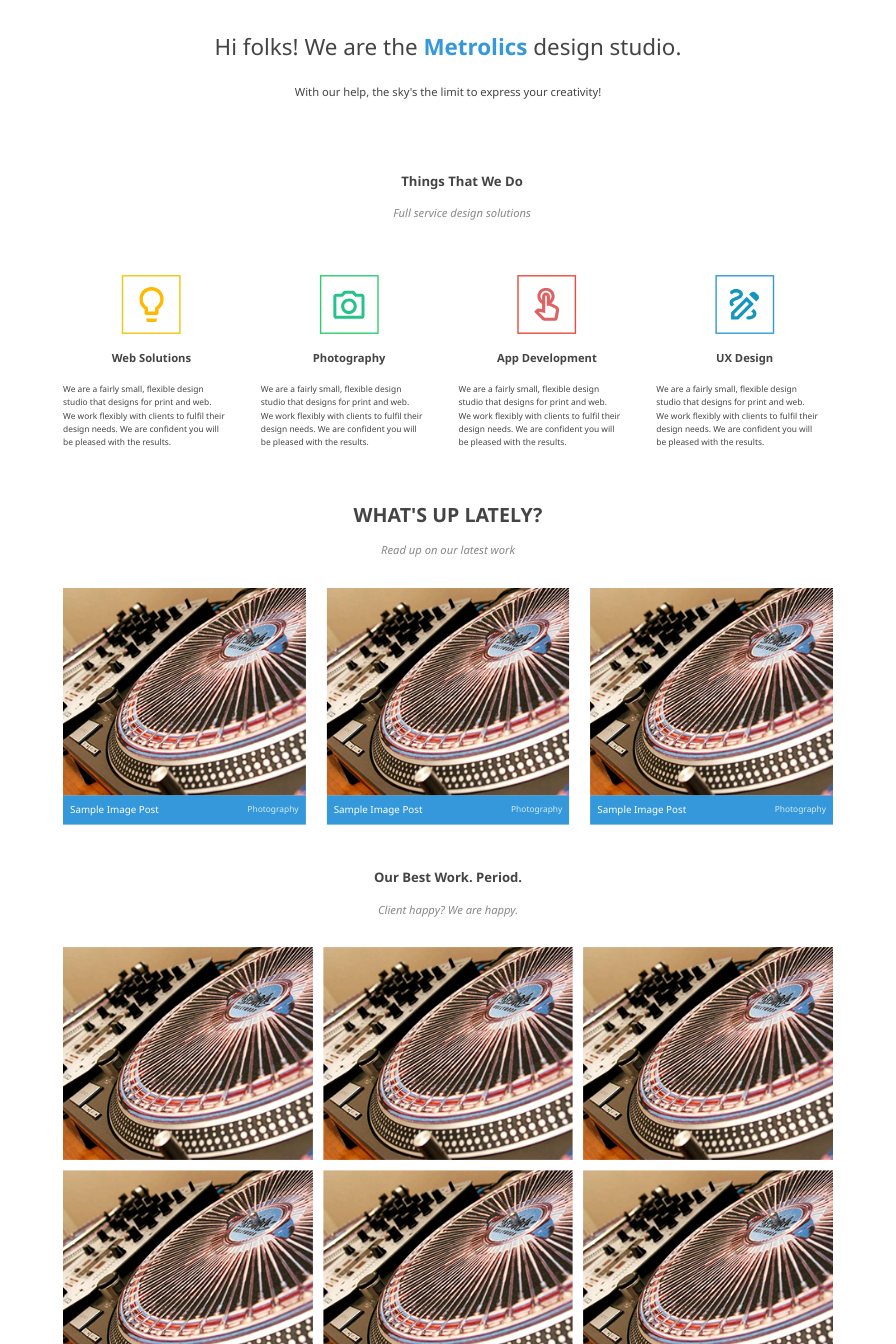
Repository: DavidYoo5/Project-1-Lab-2B-Assignment
Page: Project-1-Lab-2B-Assignment/index.html
The author's editor kept a copy of each file at every save. The page is drawn from the files as they stood at one save, then again after the next save.
The browser window is 1280 px wide. The pictures show the part of the page from y = 720 to 2640 px (the page is 3846 px tall before and 3862 px after), at 70% of full size.

Above is the page before, as saved 2026-01-28 16:46:15.

### Project-1-Lab-2B-Assignment/index.html
<!doctype html>
<html lang="en">
  <head>
    <meta charset="utf-8" />
    <meta name="viewport" content="width=device-width, initial-scale=1" />
    <title>Metrolics</title>
    <!-- <link rel="stylesheet" href="css/style.css"> -->
    <meta name="description" content="website for lab 2" />
    <link rel="stylesheet" href="style.css" />

    <!-- <meta property="og:title" content="">
  <meta property="og:type" content="">
  <meta property="og:url" content="">
  <meta property="og:image" content="">
  <meta property="og:image:alt" content="">

  <link rel="icon" href="/favicon.ico" sizes="any">
  <link rel="icon" href="/icon.svg" type="image/svg+xml">
  <link rel="apple-touch-icon" href="icon.png">
   <script src="js/app.js"></script>


  <link rel="manifest" href="site.webmanifest"> -->
    <meta name="theme-color" content="#fafafa" />
  </head>

  <body>
    <header class="site-header">
      <div class="header-container">
        <div class="logoAndHeading">
          <h1>Metrolics</h1>
          <div class="logo-vectors">
            <svg
              id="Layer_2"
              data-name="Layer 2"
              xmlns="http://www.w3.org/2000/svg"
              viewBox="0 0 111.31 111.31"
            >
              <defs>
                <style>
                  .cls-1 {
                    fill: #1691bd;
                  }

                  .cls-1,
                  .cls-2,
                  .cls-3,
                  .cls-4 {
                    fill-rule: evenodd;
                  }

                  .cls-2 {
                    fill: #25c389;
                  }

                  .cls-3 {
                    fill: #de6262;
                  }

                  .cls-4 {
                    fill: #ffb901;
                  }
                </style>
              </defs>
              <g id="Layer_1-2" data-name="Layer 1">
                <path class="cls-4" d="M74.21,0h37.1v37.1h-37.1V0Z" />
                <path class="cls-2" d="M0,0h37.1v37.1H0V0Z" />
                <path class="cls-1" d="M37.1,37.1h37.1v37.1h-37.1v-37.1Z" />
                <path class="cls-4" d="M0,74.21h37.1v37.1H0v-37.1Z" />
                <path class="cls-3" d="M74.21,74.21h37.1v37.1h-37.1v-37.1Z" />
              </g>
            </svg>
          </div>
        </div>
        <div class="main-nav-container">
          <nav class="main-nav">
            <a href="#" class="nav-home">Home ></a>
            <a href="#" class="nav-portfolio">Portfolio ></a>
            <a href="#" class="nav-blog">Blog ></a>
            <a href="#" class="nav-quo">Quo Vadis? ></a>
            <a href="#" class="nav-chat">Let's Chat ></a>
          </nav>
        </div>
      </div>
    </header>

    <section class="hero">
      <div class="hero-content">
        <h1 class="hero-title">Metro Style</h1>
        <h2 class="hero-subtitle">Quick on the feet</h2>
        <h3 class="hero-tagline">Metro Styling reinvented</h3>
      </div>
      <img
        src="img/00c1b9f08d738d1023baf2062988c56225701209.png"
        alt="Hero Image"
        class="hero-img"
      />
    </section>

    <section class="intro">
      <h2>Hi folks! We are the <span>Metrolics</span> design studio.</h2>
      <p>With our help, the sky's the limit to express your creativity!</p>
    </section>

    <section class="services">
      <div class="section-heading pink-border">
        <h3>Things That We Do</h3>
        <p>Full service design solutions</p>
      </div>
      <div class="services-grid">
        <div class="service-item">
          <div class="icon-box yellow">
            <svg
              width="35"
              height="50"
              viewBox="0 0 35 50"
              fill="none"
              xmlns="http://www.w3.org/2000/svg"
            >
              <path
                d="M10 47.5C10 48.875 11.125 50 12.5 50H22.5C23.875 50 25 48.875 25 47.5V45H10V47.5ZM17.5 0C7.85 0 0 7.85 0 17.5C0 23.45 2.975 28.675 7.5 31.85V37.5C7.5 38.875 8.625 40 10 40H25C26.375 40 27.5 38.875 27.5 37.5V31.85C32.025 28.675 35 23.45 35 17.5C35 7.85 27.15 0 17.5 0ZM24.625 27.75L22.5 29.25V35H12.5V29.25L10.375 27.75C7 25.4 5 21.575 5 17.5C5 10.6 10.6 5 17.5 5C24.4 5 30 10.6 30 17.5C30 21.575 28 25.4 24.625 27.75Z"
                fill="#FFB901"
              />
            </svg>
          </div>
          <h4>Web Solutions</h4>
          <p class="services-p">
            We are a fairly small, flexible design studio that designs for print
            and web. We work flexibly with clients to fulfil their design needs.
            We are confident you will be pleased with the results.
          </p>
        </div>
        <div class="service-item">
          <div class="icon-box green">
            <svg
              width="45"
              height="41"
              viewBox="0 0 45 41"
              fill="none"
              xmlns="http://www.w3.org/2000/svg"
            >
              <path
                d="M40.5 4.5H33.3675L29.25 0H15.75L11.6325 4.5H4.5C2.025 4.5 0 6.525 0 9V36C0 38.475 2.025 40.5 4.5 40.5H40.5C42.975 40.5 45 38.475 45 36V9C45 6.525 42.975 4.5 40.5 4.5ZM40.5 36H4.5V9H13.6125L17.73 4.5H27.27L31.3875 9H40.5V36ZM22.5 11.25C16.29 11.25 11.25 16.29 11.25 22.5C11.25 28.71 16.29 33.75 22.5 33.75C28.71 33.75 33.75 28.71 33.75 22.5C33.75 16.29 28.71 11.25 22.5 11.25ZM22.5 29.25C18.7875 29.25 15.75 26.2125 15.75 22.5C15.75 18.7875 18.7875 15.75 22.5 15.75C26.2125 15.75 29.25 18.7875 29.25 22.5C29.25 26.2125 26.2125 29.25 22.5 29.25Z"
                fill="#25C389"
              />
            </svg>
          </div>
          <h4>Photography</h4>
          <p class="services-p">
            We are a fairly small, flexible design studio that designs for print
            and web. We work flexibly with clients to fulfil their design needs.
            We are confident you will be pleased with the results.
          </p>
        </div>

        <div class="service-item">
          <div class="icon-box red">
            <svg
              width="36"
              height="48"
              viewBox="0 0 36 48"
              fill="none"
              xmlns="http://www.w3.org/2000/svg"
            >
              <path
                d="M31.9275 25.74L24.6375 22.095C27.54 19.845 29.4075 16.335 29.4075 12.375C29.4075 5.5575 23.85 0 17.0325 0C10.215 0 4.6575 5.5575 4.6575 12.375C4.6575 17.1675 7.4025 21.33 11.4075 23.3775V30.7125C6.57 29.6775 6.8625 29.7225 6.3225 29.7225C5.13 29.7225 4.005 30.195 3.15 31.05L0 34.245L11.4525 45.6975C12.42 46.6875 13.77 47.25 15.165 47.25H29.34C31.545 47.25 33.4125 45.675 33.7725 43.4925L35.5725 32.895C36.0675 29.97 34.605 27.09 31.9275 25.74ZM31.14 32.1525L29.34 42.75H15.165C14.9625 42.75 14.7825 42.66 14.625 42.525L6.345 34.245L15.9075 36.2475V12.375C15.9075 11.745 16.4025 11.25 17.0325 11.25C17.6625 11.25 18.1575 11.745 18.1575 12.375V25.875H22.1175L29.9025 29.7675C30.8025 30.2175 31.2975 31.185 31.14 32.1525ZM9.1575 12.375C9.1575 8.0325 12.69 4.5 17.0325 4.5C21.375 4.5 24.9075 8.0325 24.9075 12.375C24.9075 14.5125 24.0525 16.4475 22.6575 17.865V12.375C22.6575 9.27 20.1375 6.75 17.0325 6.75C13.9275 6.75 11.4075 9.27 11.4075 12.375V17.865C10.0125 16.4475 9.1575 14.5125 9.1575 12.375Z"
                fill="#DE6262"
              />
            </svg>
          </div>
          <h4>App Development</h4>
          <p class="services-p">
            We are a fairly small, flexible design studio that designs for print
            and web. We work flexibly with clients to fulfil their design needs.
            We are confident you will be pleased with the results.
          </p>
        </div>
        <div class="service-item">
          <div class="icon-box blue">
            <svg
              width="43"
              height="44"
              viewBox="0 0 43 44"
              fill="none"
              xmlns="http://www.w3.org/2000/svg"
            >
              <path
                d="M38.3042 17.8592L40.8658 15.2975C42.7508 13.4125 42.7508 10.3433 40.8658 8.45833L37.4583 5.05083C35.5733 3.16583 32.5042 3.16583 30.6192 5.05083L28.0575 7.6125L38.3042 17.8592ZM28.0575 21.2908L10.6575 38.6667H7.25V35.2592L24.6258 17.8833L28.0575 21.2908ZM24.6258 11.02L2.41667 33.2533V43.5H12.6633L34.8725 21.2908L24.6258 11.02ZM38.6667 35.0417C38.6667 40.3342 32.5283 43.5 26.5833 43.5C25.2542 43.5 24.1667 42.4125 24.1667 41.0833C24.1667 39.7542 25.2542 38.6667 26.5833 38.6667C30.305 38.6667 33.8333 36.9025 33.8333 35.0417C33.8333 33.9058 32.6733 32.9392 30.8608 32.1417L34.4375 28.565C37.0233 30.0875 38.6667 32.1175 38.6667 35.0417ZM3.81833 25.0125C1.47417 23.6592 0 21.895 0 19.3333C0 14.9833 4.5675 12.9775 8.60333 11.2133C11.0925 10.1017 14.5 8.60333 14.5 7.25C14.5 6.25917 12.615 4.83333 9.66667 4.83333C6.62167 4.83333 5.31667 6.3075 5.24417 6.38C4.39833 7.37083 2.87583 7.49167 1.86083 6.67C0.87 5.84833 0.676666 4.37417 1.49833 3.335C1.76417 2.99667 4.25333 0 9.66667 0C15.08 0 19.3333 3.19 19.3333 7.25C19.3333 11.7692 14.6692 13.8233 10.5367 15.6358C8.265 16.6267 4.83333 18.125 4.83333 19.3333C4.83333 20.0825 5.8725 20.7833 7.41917 21.4117L3.81833 25.0125Z"
                fill="#1596BD"
              />
            </svg>
          </div>
          <h4>UX Design</h4>
          <p class="services-p">
            We are a fairly small, flexible design studio that designs for print
            and web. We work flexibly with clients to fulfil their design needs.
            We are confident you will be pleased with the results.
          </p>
        </div>
      </div>
    </section>

    <section class="blog">
      <div class="section-heading">
        <h2>What's Up Lately?</h2>
        <p>Read up on our latest work</p>
      </div>
      <div class="blog-grid">
        <div class="blog-card">
          <img
            src="img/9d8936101658556ea729473327b08b9089fea2ca.png"
            alt="Blog"
          />
          <div class="blog-info">
            Sample Image Post <span>Photography</span>
          </div>
        </div>
        <div class="blog-card">
          <img
            src="img/9d8936101658556ea729473327b08b9089fea2ca.png"
            alt="Blog"
          />
          <div class="blog-info">
            Sample Image Post <span>Photography</span>
          </div>
        </div>
        <div class="blog-card">
          <img
            src="img/9d8936101658556ea729473327b08b9089fea2ca.png"
            alt="Blog"
          />
          <div class="blog-info">
            Sample Image Post <span>Photography</span>
          </div>
        </div>
      </div>
    </section>

    <section class="portfolio">
      <div class="section-heading">
        <h3>Our Best Work. Period.</h3>
        <p>Client happy? We are happy.</p>
      </div>
      <div class="portfolio-grid">
        <img
          src="img/9d8936101658556ea729473327b08b9089fea2ca.png"
          alt="Work"
        />
        <img
          src="img/9d8936101658556ea729473327b08b9089fea2ca.png"
          alt="Work"
        />
        <img
          src="img/9d8936101658556ea729473327b08b9089fea2ca.png"
          alt="Work"
        />
        <img
          src="img/9d8936101658556ea729473327b08b9089fea2ca.png"
          alt="Work"
        />
        <img
          src="img/9d8936101658556ea729473327b08b9089fea2ca.png"
          alt="Work"
        />
        <img
          src="img/9d8936101658556ea729473327b08b9089fea2ca.png"
          alt="Work"
        />
      </div>
    </section>

    <section class="clients">
      <div class="section-heading">
        <h3>Satisfaction Guaranteed</h3>
        <p>
          Past clients stoked with our work. We are not happy until YOU are
          happy.
        </p>
      </div>
      <div class="client-grid">
        <div class="client-box"><img src="Client-Krita.png" alt="Krita" /></div>
        <div class="client-box">
          <img src="img/Client-Inkscape.png" alt="Inkscape" />
        </div>
        <div class="client-box"><img src="Client-Godot.png" alt="Godot" /></div>
        <div class="client-box">
          <img src="img/Client-Blender.png" alt="Blender" />
        </div>
        <div class="client-box">
          <img src="img/Client-Penpot.png" alt="Penpot" />
        </div>
      </div>
    </section>

    <footer class="site-footer">
      <div class="content-in-footer">
        <div class="footer-top">
          <img
            src="img/87e668f15f35aacbb73c4f1a013d22e3d90bf0ea.png"
            alt="Alf"
            class="footer-avatar"
          />
          <p class="bio-alf">
            Alf has over 10 years experience in the industry. He is our Creative
            Director, digital designer, web designer and front-end developer. He
            is also pretty good with a sketchbook. Before starting the company
            Peewee worked as a designer and studio manager for a design house
            who boasted a number of big name clients.
          </p>
        </div>

        <div class="footer-main">
          <div class="footer-col">
            <h4 class="footer-h yellow-underline">About Us</h4>
            <p class="about-us-p">
              Minions ipsum potatoooo potatoooo uuuhhh. Chasy poulet tikka
              masala jiji wiiiiih hahaha po kass tulaliloo potatoooo. Bee do bee
              do bee do chasy ti aamoo! Po kass daa b ee do bee do bee do po
              kass wiiiiii butt chasy.
            </p>
            <p class="about-us-p">
              Pepete uuuhhh hahaha gelatooo belloo! Bananaaaa aaaaaah butt
              potatoooo hana dul sae butt. Hahaha wiiiii ti aamoo! Ti aamoo!
              Baboiii jeje. Hahaha gelatooo daa me want bananaaa! Underweaaar
              potatoooo tank yuuu! Aaaaaah potatoooo poopayee.
            </p>
          </div>
          <div class="footer-col">
            <h4 class="footer-h blue-underline">Instagram</h4>
            <div class="insta-grid">
              <img
                src="img/a1e67b2d3c8bb07d5fb83b2f349484c7c0fd2724.png"
                alt="insta"
              />
              <img
                src="img/a1e67b2d3c8bb07d5fb83b2f349484c7c0fd2724.png"
                alt="insta"
              />
              <img
                src="img/a1e67b2d3c8bb07d5fb83b2f349484c7c0fd2724.png"
                alt="insta"
              />
              <img
                src="img/a1e67b2d3c8bb07d5fb83b2f349484c7c0fd2724.png"
                alt="insta"
              />
              <img
                src="img/a1e67b2d3c8bb07d5fb83b2f349484c7c0fd2724.png"
                alt="insta"
              />
              <img
                src="img/a1e67b2d3c8bb07d5fb83b2f349484c7c0fd2724.png"
                alt="insta"
              />
              <img
                src="img/a1e67b2d3c8bb07d5fb83b2f349484c7c0fd2724.png"
                alt="insta"
              />
              <img
                src="img/a1e67b2d3c8bb07d5fb83b2f349484c7c0fd2724.png"
                alt="insta"
              />
            </div>
          </div>
          <div class="footer-mastodon">
            <h4 class="footer-h yellow-underline">What's New on Mastodon</h4>
            <p class="mastodon-p">
              <span>@Minions</span> - ipsum banana potatoooo uuuhhh. Chasy
              poulet tikka masala jiji wiiiii hahaha tulaliloo potatoooo. Bee do
              bee do bee do chasy ti aamoo! Po kass daa b ee do bee do bee do po
              kass wiiiii butt chasy. Pepete uuuhhh hahaha gelatooo belloo!
              ananaaaa aaaaaah butt potatoooo hana dul sae butt. Hahaha wiiiii
              ti aamoo! Ti aamoo! Baboiii jeje. Hahaha gelatooo daa me want
              bananaaa! Underweaaar potatoooo tank yuuu! Aaaaaah potatoooo
              poopayee.
            </p>
            <p class="mastodon-p">
              <span>@Minions</span> - ipsum banana potatoooo uuuhhh. Chasy
              poulet tikka masala jiji wiiiii hahaha tulaliloo potatoooo. Bee do
              bee do bee do chasy ti aamoo! Po kass daa b ee do bee do bee do po
              kass wiiiii butt chasy. Pepete uuuhhh hahaha gelatooo belloo!
              ananaaaa aaaaaah butt potatoooo hana dul sae butt. Hahaha wiiiii
              ti aamoo! Ti aamoo! Baboiii jeje. Hahaha gelatooo daa me want
              bananaaa! Underweaaar potatoooo tank yuuu! Aaaaaah potatoooo
              poopayee.
            </p>
            <p class="mastodon-p">
              <span>@Minions</span> - ipsum banana potatoooo uuuhhh. Chasy
              poulet tikka masala jiji wiiiii hahaha tulaliloo potatoooo. Bee do
              bee do bee do chasy ti aamoo! Po kass daa b ee do bee do bee do po
              kass wiiiii butt chasy. Pepete uuuhhh hahaha gelatooo belloo!
              ananaaaa aaaaaah butt potatoooo hana dul sae butt. Hahaha wiiiii
              ti aamoo! Ti aamoo! Baboiii jeje. Hahaha gelatooo daa me want
              bananaaa! Underweaaar potatoooo tank yuuu! Aaaaaah potatoooo
              poopayee.
            </p>
          </div>

          <div class="footer-track-us">
            <h4 class="footer-h blue-underline">Track us!</h4>
            <div class="social-squares">
              <div class="sq blue"></div>
              <div class="sq orange"></div>
              <div class="sq cyan"></div>
              <div class="sq pink"></div>
              <div class="sq gold"></div>
            </div>

            <div class="newsletter">
              <input type="text" placeholder="Enter your Email..." />
              <button>➤</button>
            </div>
          </div>
        </div>
        <div class="footer-bottom-bar">
          <div class="bar-green"></div>
          <div class="bar-yellow"></div>
          <div class="bar-red"></div>
          <div class="bar-blue"></div>
          <div class="bar-dark"></div>
        </div>
      </div>
    </footer>
  </body>
</html>

Loaded but not shown: Project-1-Lab-2B-Assignment/style.css (474 lines, source omitted)

After the next save:
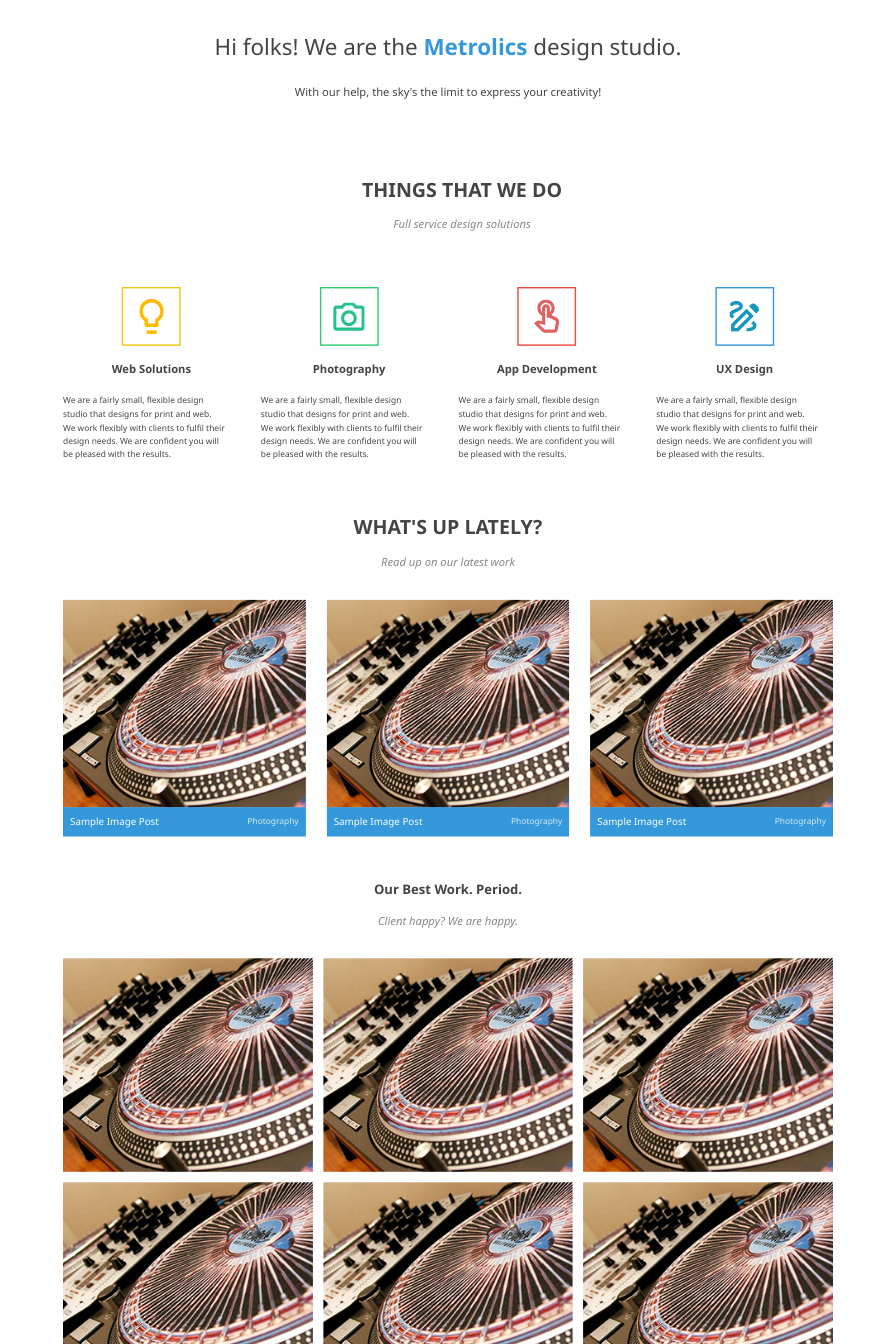
Saved 46 s later.
--- a/Project-1-Lab-2B-Assignment/index.html
+++ b/Project-1-Lab-2B-Assignment/index.html
@@ -104,7 +104,7 @@
 
     <section class="services">
       <div class="section-heading pink-border">
-        <h3>Things That We Do</h3>
+        <h2>Things That We Do</h2>
         <p>Full service design solutions</p>
       </div>
       <div class="services-grid">
